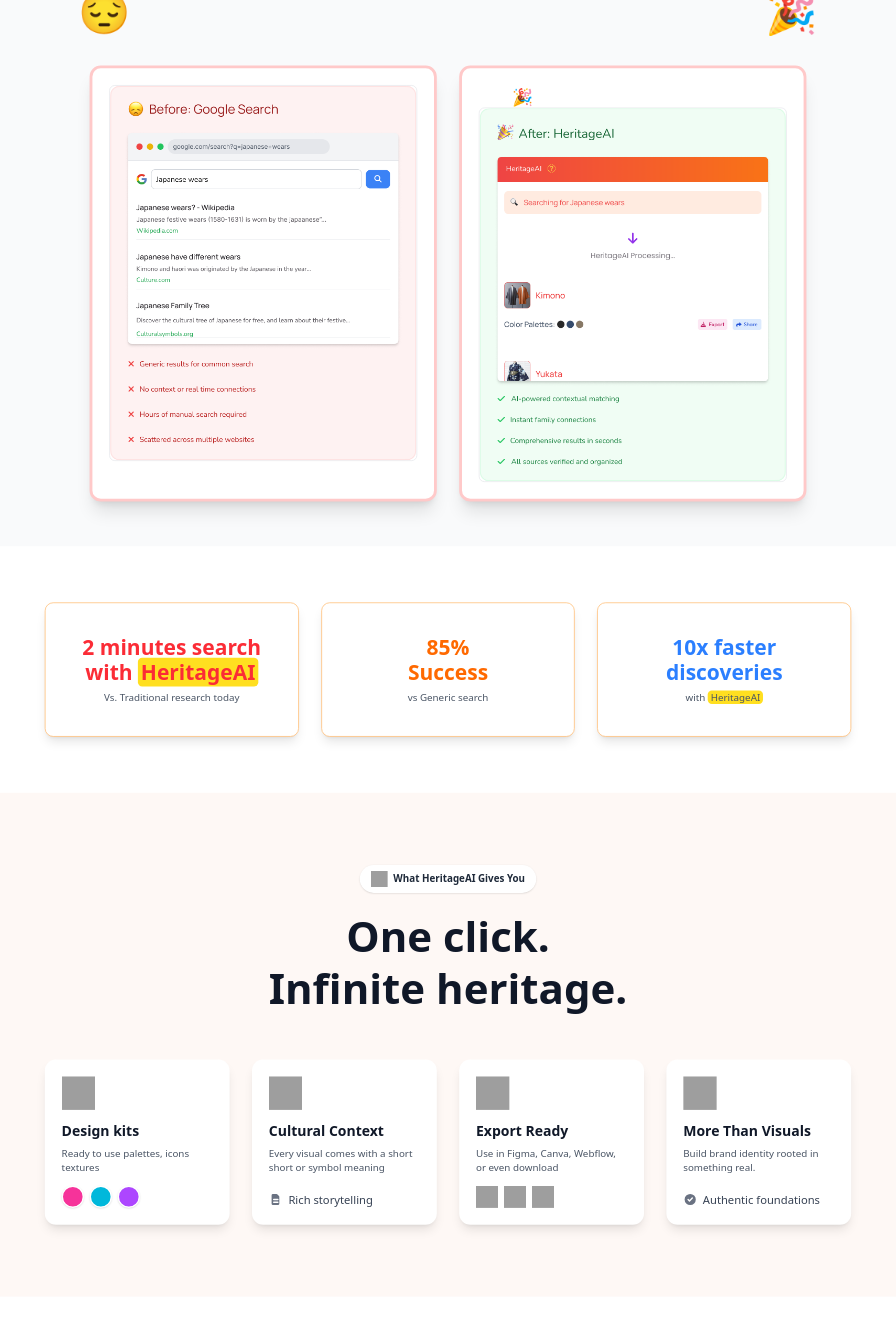
Repository: Em-driod/Heritage
Page: /
These files come from the project's save history. The page is drawn as it stood at one moment and after the next save; the edit follows.
The browser window is 1280 px wide. The pictures show the part of the page from y = 1361 to 3281 px (the page is 5866 px tall), at 70% of full size.
Pictures or frames that could not be fetched are drawn as grey boxes. The project was rebuilt for these pictures with package versions that can differ from the ones it lists, and the page was loaded fresh each time. Also part of the build but not shown: vite.config.ts.

Above is the page before, as saved 2025-07-08 17:52:52.

### src/App.tsx
// src/App.tsx
import React from 'react';
import { BrowserRouter as Router, Route, Routes } from 'react-router-dom';
import Home from './pages/home';



const App: React.FC = () => {
  return (
    <Router>
      <div>


        <Routes>
          <Route path="/" element={<Home />} />


        </Routes>
      </div>
    </Router>
  );
};

export default App;

### src/pages/home.tsx
import Hero from "../components/Hero"
import Landsecont from "../components/landsecont"
import Landthird from "../components/landthird"
import Landfourth from "../components/landfourth"
import Landfifth from "../components/landfifth"

const Home = () => {
  return (
    <div>
      <Hero />
      <Landsecont />
      <Landthird />
     <Landfourth />
     <Landfifth />
    </div>
  )
}

export default Home

### src/components/Hero.tsx
import React, { useState, useEffect } from 'react';

// Define the type for an asset, which is good practice in TypeScript
interface Asset {
  src: string;
  label: string;
}

const Hero: React.FC = () => {
  const [selectedCulture, setSelectedCulture] = useState<string>('Yoruba'); // Default to Yoruba
  const [isLoading, setIsLoading] = useState<boolean>(false);
  const [generatedAssets, setGeneratedAssets] = useState<Asset[]>([]); // State to hold generated assets
  const [showAmalaSpecificLoading, setShowAmalaSpecificLoading] = useState<boolean>(false); // New state for Amala specific loading

  // Function to simulate fetching assets based on culture
  const fetchGeneratedAssets = (cultureParam: string) => {
    setIsLoading(true); // Set general loading to true when fetching starts

    // Reset Amala specific loading if we're not loading Yoruba or if it's already visible
    // This helps ensure the Amala specific loader doesn't flash if you quickly switch back and forth
    // or if it was still active from a previous load.
    setShowAmalaSpecificLoading(false);


    // Simulate an API call or data loading delay
    setTimeout(() => {
      let assetsData: Asset[] = [];
      if (cultureParam === 'Yoruba') {
        assetsData = [
          { src: "/obatala.png", label: "Obatala" },
          { src: "/amala.png", label: "Amala" },
          { src: "/osun.png", label: "Oshun" },
        ];
      } else if (cultureParam === 'Igbo') {
        assetsData = [
          { src: "/path-to-igbo-asset1.jpg", label: "Odinani" },
          { src: "/path-to-igbo-asset2.jpg", label: "Agbogho Mmuo" },
          { src: "/path-to-igbo-asset3.jpg", label: "Igbo Ukwu" },
        ];
      } else if (cultureParam === 'Japanese') {
        assetsData = [
          { src: "/path-to-japanese-asset1.jpg", label: "Geisha" },
          { src: "/path-to-japanese-asset2.jpg", label: "Samurai" },
          { src: "/path-to-japanese-asset3.jpg", label: "Sakura" },
        ];
      }
      setGeneratedAssets(assetsData);
      setIsLoading(false); // Set general loading to false when fetching completes

      // Trigger Amala specific loading ONLY if Yoruba was selected AND it's the first time
      // or a subsequent load where we want this specific effect.
      if (cultureParam === 'Yoruba') {
        setShowAmalaSpecificLoading(true);
        setTimeout(() => {
          setShowAmalaSpecificLoading(false); // Make it disappear after 2 seconds
        }, 2000); // 2 seconds
      }

    }, 1500); // Simulate 1.5 second general loading time
  };

  // Effect to fetch assets when the component mounts or selectedCulture changes
  useEffect(() => {
    fetchGeneratedAssets(selectedCulture);
  }, [selectedCulture]);

  const handleCultureSelect = (cultureName: string) => {
    setSelectedCulture(cultureName);
  };

  // Skeleton Loader for Generated Assets (general purpose)
  const SkeletonLoader: React.FC = () => (
    <div className="space-y-4">
      {[1, 2, 3].map((_, index) => (
        <div key={index} className="flex items-center justify-between animate-pulse">
          <div className="flex items-center space-x-3">
            <div className="w-12 h-12 rounded-lg bg-gray-200"></div>
            <div className="h-4 bg-gray-200 rounded w-24"></div>
          </div>
          <div className="flex space-x-2">
            <div className="h-8 bg-gray-200 rounded w-16"></div>
            <div className="h-8 bg-gray-200 rounded w-16"></div>
          </div>
        </div>
      ))}
    </div>
  );

  // Specific Amala Loading Component - now with an image!
const AmalaSpecificLoader: React.FC = () => (
  <div className="flex flex-col items-start justify-center bg-gray-50 p-4 rounded-lg border border-gray-200 text-sm text-gray-800 space-y-2">
    <p><span className="font-semibold text-red-500">Symbol:</span> Symbolic of earthiness, heritage, and resilience.</p>
    <p><span className="font-semibold text-red-500">Color:</span> Dark Brown/Charcoal</p>
    <p><span className="font-semibold text-red-500">Made From:</span> Elubo (yam flour), sometimes cassava flour or plantain flour.</p>
    <p><span className="font-semibold text-red-500">Regions Known For It:</span> Deeply rooted in Oyo, Osun, Ibadan. Especially beloved in Ibadan, where people.</p>
    <p><span className="font-semibold text-red-500">Enjoyed With:</span> Typically served with ewedu, gbegiri, and obe ata.</p>
    <p className="italic text-gray-600">Sometimes called the “Yoruba national combo.”</p>
  </div>
);



  return (
    <div className="p-4 sm:p-8 md:p-12 lg:p-24">
      <div
        className="relative flex justify-center items-center min-h-screen text-center px-4 sm:px-8 md:px-16 lg:px-24 py-16"
        style={{
          backgroundImage: "url('/hero.png')",
          backgroundSize: "cover",
          backgroundPosition: "center",
          backgroundRepeat: "no-repeat",
        }}
      >
        {/* Optional overlay to add a subtle tint over the background */}
        <div className="absolute inset-0 bg-gradient-to-br from-gray-50 via-white to-purple-50 opacity-80 z-0" />

        {/* Main content wrapper */}
        <div className="relative z-10 container mx-auto flex flex-col lg:flex-row items-center lg:items-start justify-center gap-8 lg:gap-12 max-w-7xl">
          {/* Left Section: Text and Button */}
          <div className="flex flex-col items-center lg:items-start text-center lg:text-left max-w-full lg:max-w-xl px-4 sm:px-0">
            <h1 className="text-5xl md:text-6xl lg:text-7xl font-bold leading-tight text-gray-900 mb-4">
              Ancient Stories.
              <br />Modern Design.
            </h1>
            <p className="text-5xl md:text-6xl lg:text-7xl font-serif italic text-gray-900 mb-8">
              Instantly.
            </p>
            <p className="text-base sm:text-lg text-gray-700 mb-10 max-w-md">
              Bring ancient patterns, bold colors, and deep meaning into every pixel automatically.
            </p>
            <button className="flex items-center px-6 py-3 sm:px-8 sm:py-4 bg-gradient-to-r from-red-500 to-orange-500 text-white font-semibold rounded-lg shadow-lg hover:shadow-xl transition duration-300 transform hover:scale-105">
              <svg className="w-5 h-5 mr-2" fill="currentColor" viewBox="0 0 20 20">
                <path fillRule="evenodd" d="M10 18a8 8 0 100-16 8 8 0 000 16zM9.555 7.168A1 1 0 008 8v4a1 1 0 001.555.832l3-2a1 1 0 000-1.664l-3-2z" clipRule="evenodd" />
              </svg>
              Try Beta Free
            </button>
          </div>

          {/* Right Section: White Card with UI Elements */}
          <div className="bg-white rounded-xl shadow-2xl p-6 sm:p-8 w-full max-w-md lg:max-w-lg mt-8 lg:mt-0">
            <h2 className="text-lg sm:text-xl font-semibold text-gray-800 mb-6">Select Culture</h2>
            <div className="grid grid-cols-2 sm:grid-cols-3 gap-3 mb-8">
              {/* Yoruba Culture Button with Image */}
              <button
                className={`relative flex items-center justify-center p-3 rounded-md text-sm font-medium text-white h-20 overflow-hidden ${selectedCulture === 'Yoruba' ? 'ring-2 ring-purple-500 ring-offset-2' : ''}`}
                onClick={() => handleCultureSelect('Yoruba')}
              >
                <img src="/yoruba.png" alt="Yoruba Culture" className="absolute inset-0 w-full h-full object-cover" />
                <div className="absolute inset-0  bg-opacity-40 flex items-center justify-center">
                  {/* Yoruba */}
                </div>
              </button>

              {/* Igbo Culture Button with Image */}
              <button
                className={`relative flex items-center justify-center p-3 rounded-md text-sm font-medium text-white h-20 overflow-hidden ${selectedCulture === 'Igbo' ? 'ring-2 ring-purple-500 ring-offset-2' : ''}`}
                onClick={() => handleCultureSelect('Igbo')}
              >
                <img src="/igbo.png" alt="Igbo Culture" className="absolute inset-0 w-full h-full object-cover" />
                <div className="absolute inset-0 bg-opacity-40 flex items-center justify-center">
                  {/* Igbo */}
                </div>
              </button>

              {/* Japanese Culture Button with Image */}
              <button
                className={`relative flex items-center justify-center p-3 rounded-md text-sm font-medium text-white h-20 overflow-hidden ${selectedCulture === 'Japanese' ? 'ring-2 ring-purple-500 ring-offset-2' : ''}`}
                onClick={() => handleCultureSelect('Japanese')}
              >
                <img src="/japan.png" alt="Japanese Culture" className="absolute inset-0 w-full h-full object-cover" />
                <div className="absolute inset-0 bg-opacity-40 flex items-center justify-center">
                  {/* Japanese */}
                </div>
              </button>
            </div>

            <div className="flex flex-col items-center mb-6">
              <svg className="w-6 h-6 text-purple-600 mb-2" fill="none" stroke="currentColor" viewBox="0 0 24 24">
                <path strokeLinecap="round" strokeLinejoin="round" strokeWidth="2" d="M19 14l-7 7m0 0l-7-7m7 7V3" />
              </svg>
              <span className="bg-yellow-200 text-yellow-800 text-xs font-semibold px-2.5 py-0.5 rounded-full">Her</span>
            </div>

            <h2 className="text-lg sm:text-xl font-semibold text-gray-800 mb-4">Generated Assets</h2>
            {/* The general skeleton loader still appears first */}
            {isLoading ? (
                 <SkeletonLoader />
            ) : (
              <div className="space-y-4 mb-8">
                {generatedAssets.map((asset) => ( // Changed from { src, label } to asset for clarity
                  <React.Fragment key={asset.label}> {/* Using asset.label for key */}
                    <div className="flex items-center justify-between">
                      <div className="flex items-center space-x-3">
                        <img src={asset.src} alt={asset.label} className="w-12 h-12 rounded-lg object-cover" />
                        <span className="text-gray-800 font-medium">{asset.label}</span>
                      </div>
                      <div className="flex flex-col sm:flex-row space-y-2 sm:space-y-0 sm:space-x-2 text-sm">
                        <button className="px-3 py-1 border border-pink-200 text-pink-600 rounded-md hover:bg-pink-50">Export</button>
                        <button className="px-3 py-1 border border-pink-200 text-pink-600 rounded-md hover:bg-pink-50">Share</button>
                      </div>
                    </div>
                    {/* Insert Amala specific loading image here */}
                    {asset.label === 'Amala' && selectedCulture === 'Yoruba' && showAmalaSpecificLoading && (
                      <AmalaSpecificLoader />
                    )}
                  </React.Fragment>
                ))}
              </div>
            )}

            <h2 className="text-lg sm:text-xl font-semibold text-gray-800 mb-4">Color Palette</h2>
            <div className="flex flex-col sm:flex-row items-center justify-between space-y-4 sm:space-y-0">
              <div className="flex space-x-2">
                <button
                  className="w-8 h-8 rounded-full border border-gray-300 bg-cover bg-center"
                  style={{ backgroundImage: "url('/path-to-yellow-palette-image.png')" }}
                  aria-label="Yellow Color Palette"
                ></button>
                <button
                  className="w-8 h-8 rounded-full border border-gray-300 bg-cover bg-center"
                  style={{ backgroundImage: "url('/path-to-dark-palette-image.png')" }}
                  aria-label="Dark Gray Color Palette"
                ></button>
              </div>
              <div className="flex space-x-2 text-sm">
                <button className="px-3 py-1 border border-pink-200 text-pink-600 rounded-md hover:bg-pink-50">Export</button>
                <button className="px-3 py-1 border border-pink-200 text-pink-600 rounded-md hover:bg-pink-50">Share</button>
              </div>
            </div>
          </div>
        </div>
      </div>
    </div>
  );
};

export default Hero;

### src/components/landsecont.tsx
const Landsecont = () => {
  return (
    <div className="flex flex-col items-center justify-center min-h-screen bg-gray-50 py-16 px-4 sm:px-6 lg:px-8">
      {/* Top Section: Main Heading and Subheading */}
      <div className="text-center mb-16 max-w-4xl mx-auto">
        <h1 className="text-4xl sm:text-5xl lg:text-6xl font-bold text-gray-900 leading-tight">
          Design shouldn't feel
          <br />
          like guesswork.
        </h1>
        <p className="mt-6 text-lg sm:text-xl text-gray-700 leading-relaxed">
          Let's be honest, typing "tribal pattern" into Google
          isn't design research.
          <span className="font-bold bg-gradient-to-r from-yellow-400 to-orange-500 text-transparent bg-clip-text"> Hard </span>
          again? HeritageAI helps you skip the
          confusion and help you design with real meaning.
        </p>
      </div>

      {/* Middle Section: Emojis */}
      <div className="flex justify-between w-full max-w-5xl px-8 mb-12">
        <span role="img" aria-label="sad face" className="text-6xl -translate-x-12">
          😔
        </span>
        <span role="img" aria-label="party popper" className="text-6xl translate-x-12">
          🎉
        </span>
      </div>

      {/* Bottom Section: Before & After Cards */}
      <div className="flex flex-col lg:flex-row justify-center items-stretch gap-8 w-full max-w-5xl">
        {/* Left Column: Before Google Search */}
        <div className="bg-white rounded-2xl shadow-xl flex-1 border-4 border-red-200 p-6 flex flex-col">

          <img
            src="/afre.png"
            alt="Google Search Screenshot"
            className="rounded-lg border border-gray-200 w-full object-cover"
          />
        </div>

        {/* Right Column: After HeritageAI */}
            <div className="bg-white rounded-2xl shadow-xl flex-1 border-4 border-red-200 p-6 flex flex-col">
                <span role="img" aria-label="party popper" className="text-2xl translate-x-12">
          🎉
        </span>

          <img
            src="/reaf.png"
            alt="Google Search Screenshot"
            className="rounded-lg border border-gray-200 w-full object-cover"
          />
        </div>
      </div>
    </div>
  );
};

export default Landsecont;

### src/components/landthird.tsx


const Landthird = () => {
  return (
    <div className="flex justify-center items-center py-20 px-4 sm:px-6 lg:px-8 bg-white">
      <div className="flex flex-col lg:flex-row items-center justify-center gap-8 w-full max-w-6xl">

        {/* Card 1: 2 minutes search */}
        <div className="flex-1 bg-white border border-orange-300 rounded-xl shadow-lg p-6 text-center h-48 flex flex-col justify-center transition-transform duration-300 hover:scale-105">
          <p className="text-3xl font-bold text-red-500 mb-2">
            2 minutes search
            <br />
            with <span className="bg-yellow-300 px-1 rounded-md">HeritageAI</span>
          </p>
          <p className="text-sm text-gray-600">
            Vs. Traditional research today
          </p>
        </div>

        {/* Card 2: 85% Success */}
        <div className="flex-1 bg-white border border-orange-300 rounded-xl shadow-lg p-6 text-center h-48 flex flex-col justify-center transition-transform duration-300 hover:scale-105">
          <p className="text-3xl font-bold text-orange-500 mb-2">
            85%
            <br />
            Success
          </p>
          <p className="text-sm text-gray-600">
            vs Generic search
          </p>
        </div>

        {/* Card 3: 10x faster discoveries */}
        <div className="flex-1 bg-white border border-orange-300 rounded-xl shadow-lg p-6 text-center h-48 flex flex-col justify-center transition-transform duration-300 hover:scale-105">
          <p className="text-3xl font-bold text-blue-500 mb-2">
            10x faster
            <br />
            discoveries
          </p>
          <p className="text-sm text-gray-600">
            with <span className="bg-yellow-300 px-1 rounded-md">HeritageAI</span>
          </p>
        </div>

      </div>
    </div>
  );
};

export default Landthird;

### src/components/landfourth.tsx


const Landfourth = () => {
  return (
    <div className="bg-[#fef8f5] min-h-screen flex flex-col items-center justify-center py-20 px-4 sm:px-6 lg:px-8">
      {/* Top Section: What HeritageAI Gives You */}
      <div className="text-center mb-16">
        <div className="inline-flex items-center bg-white rounded-full py-2 px-4 shadow-sm mb-6">
          <img
            src="/path-to-heritageai-icon.png" // Placeholder, replace with your actual icon path
            alt="HeritageAI Icon"
            className="w-6 h-6 mr-2"
          />
          <span className="text-sm font-semibold text-gray-800">What HeritageAI Gives You</span>
        </div>
        <h1 className="text-5xl sm:text-6xl font-bold text-gray-900 leading-tight">
          One click.
          <br />
          Infinite heritage.
        </h1>
      </div>

      {/* Cards Section */}
      <div className="grid grid-cols-1 md:grid-cols-2 lg:grid-cols-4 gap-8 max-w-6xl w-full">

        {/* Card 1: Design kits */}
        <div className="bg-white rounded-2xl shadow-lg p-6 flex flex-col items-start text-left">
          <img
            src="/path-to-design-kits-icon.png" // Placeholder, replace with your actual icon path
            alt="Design kits icon"
            className="w-12 h-12 mb-4"
          />
          <h3 className="text-xl font-semibold text-gray-900 mb-2">Design kits</h3>
          <p className="text-gray-600 text-sm mb-4">
            Ready to use palettes, icons
            <br />
            textures
          </p>
          <div className="flex space-x-2 mt-auto">
            <div className="w-8 h-8 rounded-full bg-pink-500 border-2 border-white shadow"></div>
            <div className="w-8 h-8 rounded-full bg-cyan-500 border-2 border-white shadow"></div>
            <div className="w-8 h-8 rounded-full bg-purple-500 border-2 border-white shadow"></div>
          </div>
        </div>

        {/* Card 2: Cultural Context */}
        <div className="bg-white rounded-2xl shadow-lg p-6 flex flex-col items-start text-left">
          <img
            src="/path-to-cultural-context-icon.png" // Placeholder, replace with your actual icon path
            alt="Cultural Context icon"
            className="w-12 h-12 mb-4"
          />
          <h3 className="text-xl font-semibold text-gray-900 mb-2">Cultural Context</h3>
          <p className="text-gray-600 text-sm mb-4">
            Every visual comes with a short
            <br />
            short or symbol meaning
          </p>
          <div className="flex items-center text-gray-700 font-medium mt-auto">
            <svg className="w-5 h-5 mr-2 text-gray-500" fill="currentColor" viewBox="0 0 20 20" xmlns="http://www.w3.org/2000/svg">
              <path fillRule="evenodd" d="M4 4a2 2 0 012-2h4.586A2 2 0 0112 2.414L14.586 5A2 2 0 0115 6.414V16a2 2 0 01-2 2H6a2 2 0 01-2-2V4zm2 6a1 1 0 011-1h6a1 1 0 110 2H7a1 1 0 01-1-1zm1 3a1 1 0 100 2h6a1 1 0 100-2H7z" clipRule="evenodd"></path>
            </svg>
            Rich storytelling
          </div>
        </div>

        {/* Card 3: Export Ready */}
        <div className="bg-white rounded-2xl shadow-lg p-6 flex flex-col items-start text-left">
          <img
            src="/path-to-export-ready-icon.png" // Placeholder, replace with your actual icon path
            alt="Export Ready icon"
            className="w-12 h-12 mb-4"
          />
          <h3 className="text-xl font-semibold text-gray-900 mb-2">Export Ready</h3>
          <p className="text-gray-600 text-sm mb-4">
            Use in Figma, Canva, Webflow,
            <br />
            or even download
          </p>
          <div className="flex space-x-2 mt-auto">
            <img src="/path-to-figma-icon.png" alt="Figma icon" className="w-8 h-8" /> {/* Placeholder */}
            <img src="/path-to-canva-icon.png" alt="Canva icon" className="w-8 h-8" /> {/* Placeholder */}
            <img src="/path-to-webflow-icon.png" alt="Webflow icon" className="w-8 h-8" /> {/* Placeholder */}
          </div>
        </div>

        {/* Card 4: More Than Visuals */}
        <div className="bg-white rounded-2xl shadow-lg p-6 flex flex-col items-start text-left">
          <img
            src="/path-to-more-than-visuals-icon.png" // Placeholder, replace with your actual icon path
            alt="More Than Visuals icon"
            className="w-12 h-12 mb-4"
          />
          <h3 className="text-xl font-semibold text-gray-900 mb-2">More Than Visuals</h3>
          <p className="text-gray-600 text-sm mb-4">
            Build brand identity rooted in
            <br />
            something real.
          </p>
          <div className="flex items-center text-gray-700 font-medium mt-auto">
            <svg className="w-5 h-5 mr-2 text-gray-500" fill="currentColor" viewBox="0 0 20 20" xmlns="http://www.w3.org/2000/svg">
              <path fillRule="evenodd" d="M10 18a8 8 0 100-16 8 8 0 000 16zm3.707-9.293a1 1 0 00-1.414-1.414L9 10.586 7.707 9.293a1 1 0 00-1.414 1.414l2 2a1 1 0 001.414 0l4-4z" clipRule="evenodd"></path>
            </svg>
            Authentic foundations
          </div>
        </div>

      </div>
    </div>
  );
};

export default Landfourth;

Loaded but not shown: index.html (common file); src/main.tsx (common file); src/index.css (common file); src/components/landfifth.tsx (203 lines, source omitted)

After the next save:
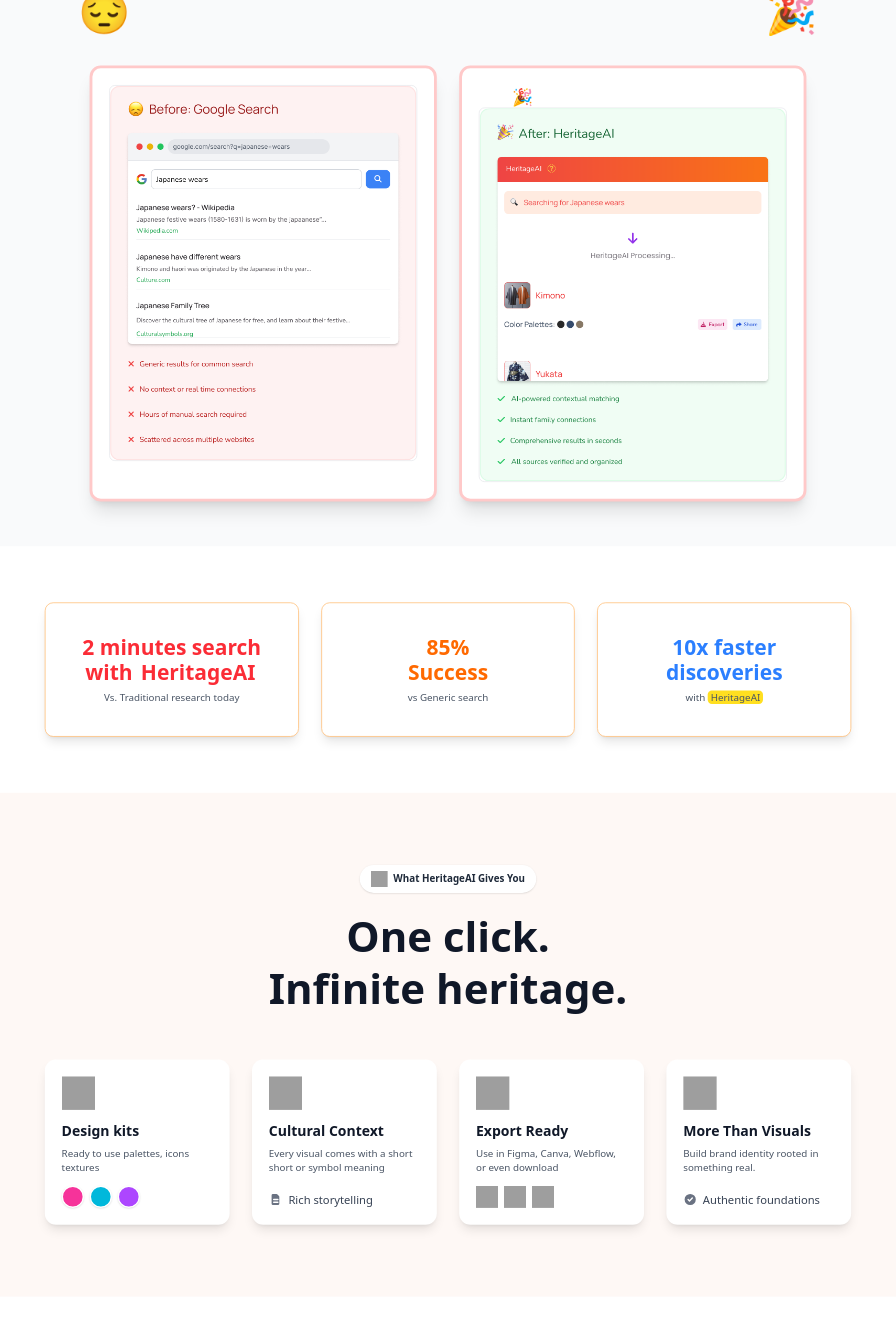
Saved 54 s later.
--- a/src/components/landthird.tsx
+++ b/src/components/landthird.tsx
@@ -10,7 +10,7 @@
           <p className="text-3xl font-bold text-red-500 mb-2">
             2 minutes search
             <br />
-            with <span className="bg-yellow-300 px-1 rounded-md">HeritageAI</span>
+            with <span className=" px-1 rounded-md">HeritageAI</span>
           </p>
           <p className="text-sm text-gray-600">
             Vs. Traditional research today
